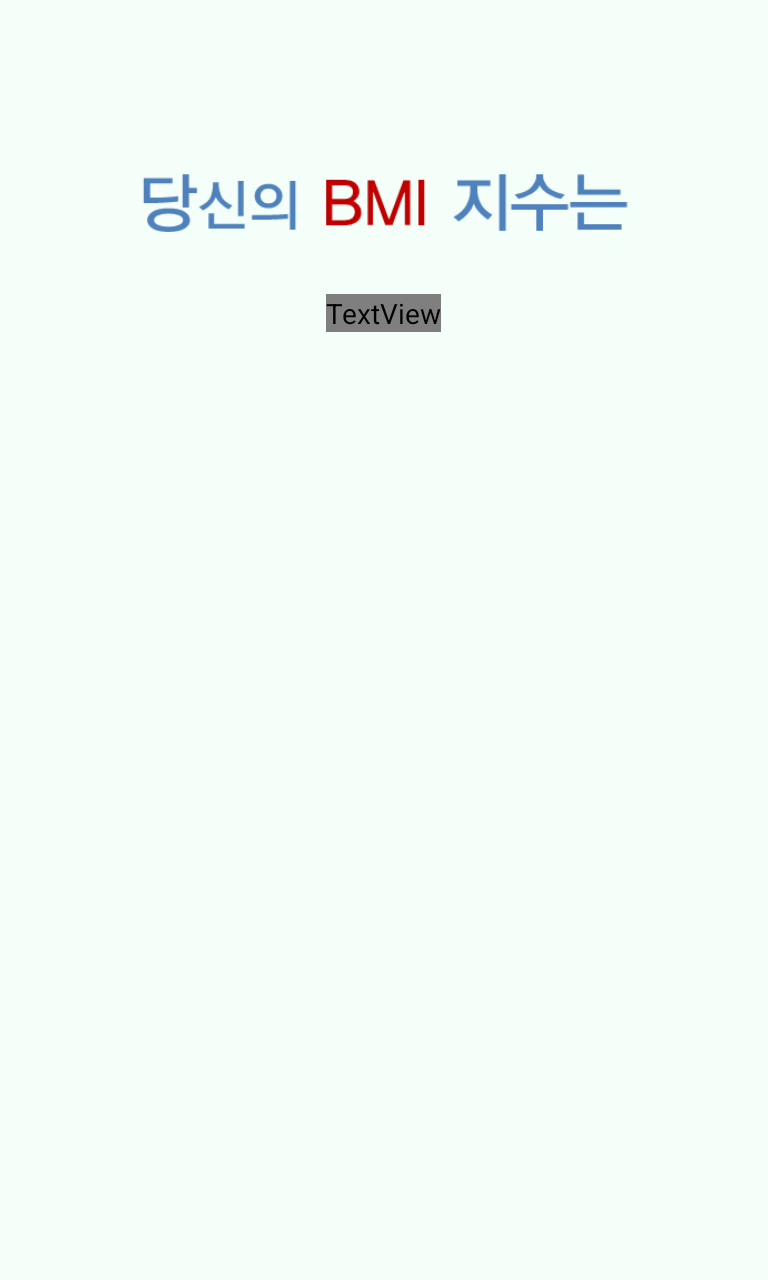
Repository: LewisLim579/2013TeamProject
Layout: PtsApp/res/layout/bmiresult.xml
An editor plug-in stored every save of this project. The layout is shown before and after the next save, followed by the edit.
Pictures or frames that could not be fetched are drawn as grey boxes. It is drawn on a 768 x 1280 px phone screen (xhdpi) without system bars, with theme android:Theme.NoTitleBar.Fullscreen; the app's code is not run.

Above is the layout before, as saved 2013-05-23 05:34:05.

### PtsApp/res/layout/bmiresult.xml
<LinearLayout xmlns:android="http://schemas.android.com/apk/res/android"
    android:layout_width="fill_parent"
    android:layout_height="fill_parent"
    android:background="#FFF5FFFA"
    android:orientation="vertical" >

    <ImageView
        android:id="@+id/imageView1"
        android:layout_width="288dp"
        android:layout_height="57dp"
        android:layout_gravity="center"
        android:layout_marginTop="70dp"
        android:src="@drawable/youbmi" >

        </ImageView>

    <LinearLayout
        android:layout_width="match_parent"
        android:layout_height="wrap_content"
        android:orientation="vertical" >

        <TextView
            android:id="@+id/rebmi"
            android:layout_width="wrap_content"
            android:layout_height="wrap_content"
            android:text="24.5"
            android:textSize="50dp"
            android:layout_gravity="center"
            android:layout_marginTop="20dp"
            android:textAppearance="?android:attr/textAppearanceLarge"
            android:textColor="@#FF191970" />

    </LinearLayout>

</LinearLayout>

After the next save:
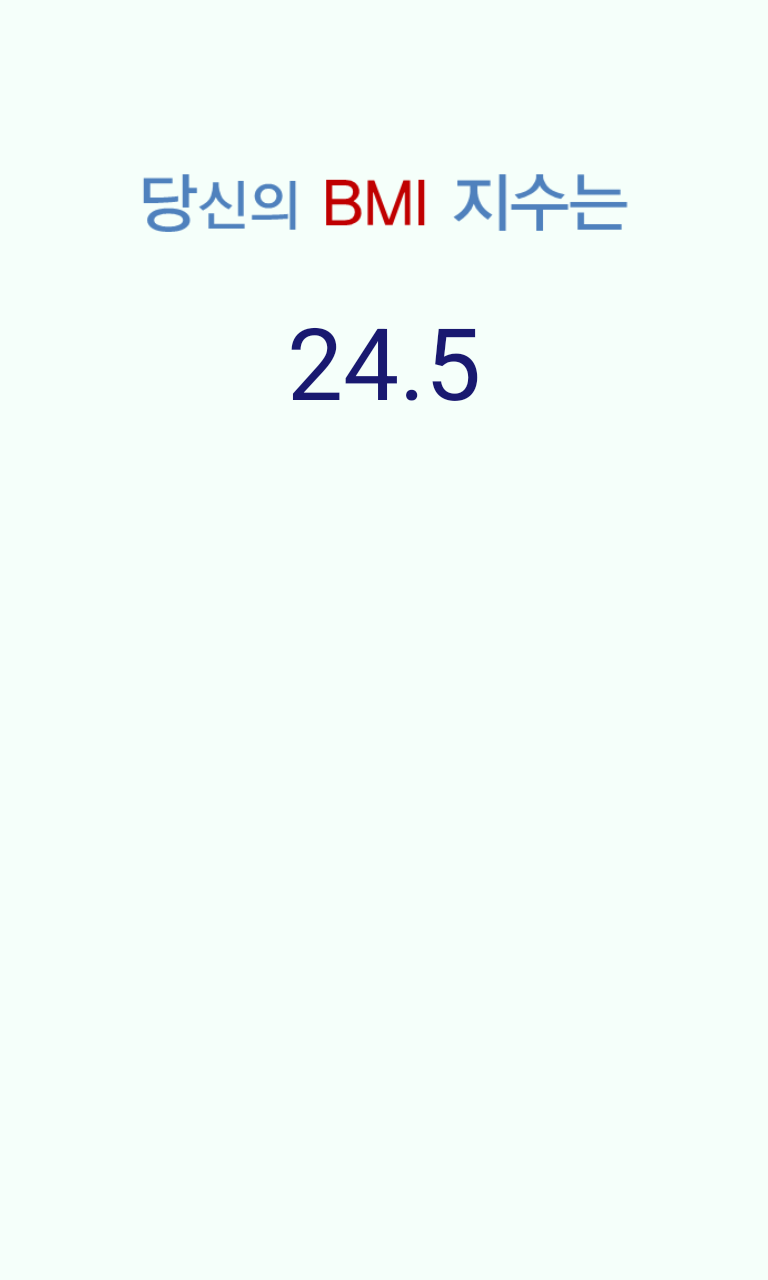
Saved 24 s later.
--- a/PtsApp/res/layout/bmiresult.xml
+++ b/PtsApp/res/layout/bmiresult.xml
@@ -28,7 +28,7 @@
             android:layout_gravity="center"
             android:layout_marginTop="20dp"
             android:textAppearance="?android:attr/textAppearanceLarge"
-            android:textColor="@#FF191970" />
+            android:textColor="#191970" />
 
     </LinearLayout>
 
